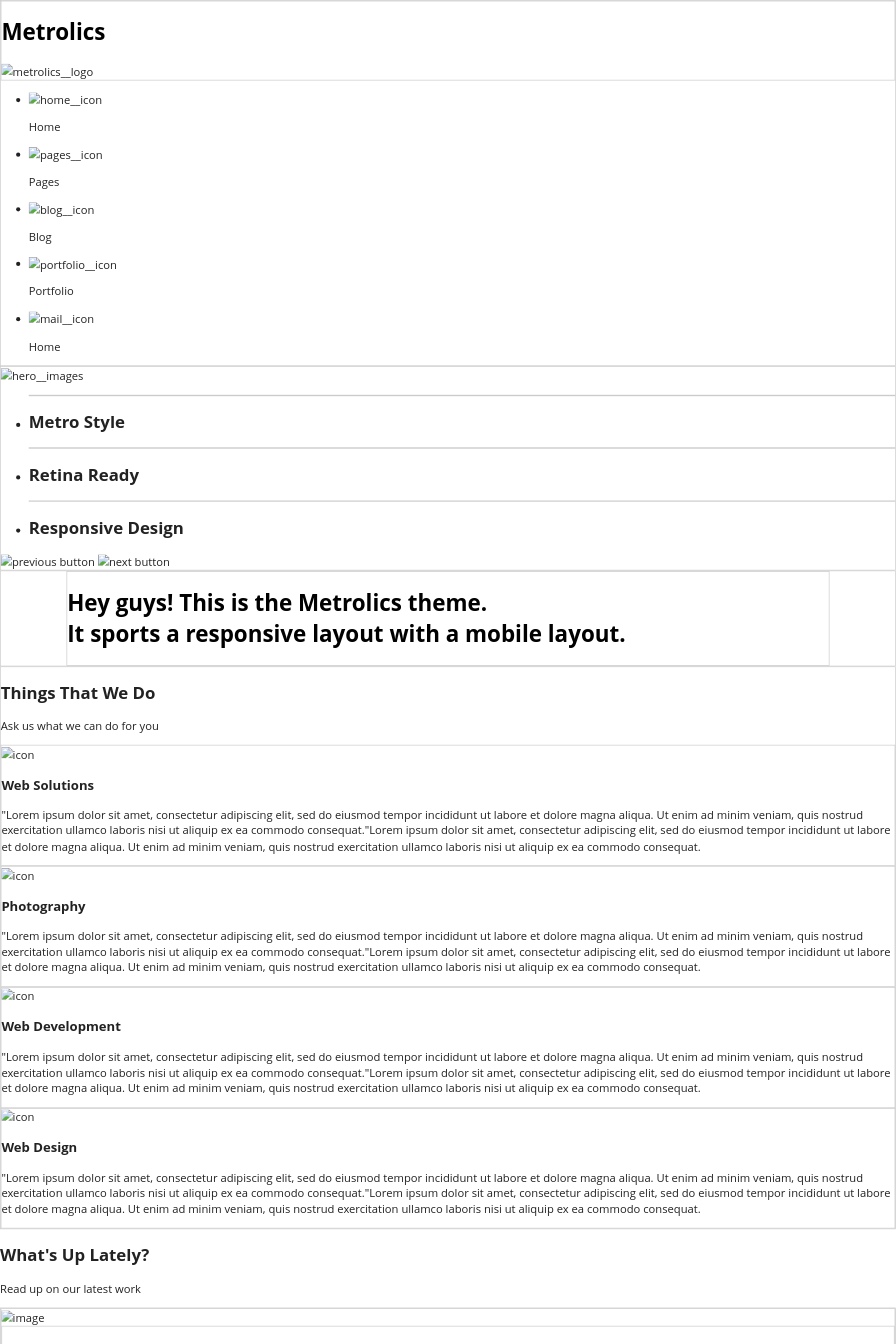
Repository: eilidhma/metrolics
Page: index.html
These files come from the project's save history. The page is drawn as it stood at one moment and after the next save; the edit follows.
The browser window is 1280 px wide. The pictures show the part of the page from y = 0 to 1920 px (the page is 8085 px tall before and 3396 px after), at 70% of full size.

Above is the page before, as saved 2021-02-02 17:46:45.

After the next save:
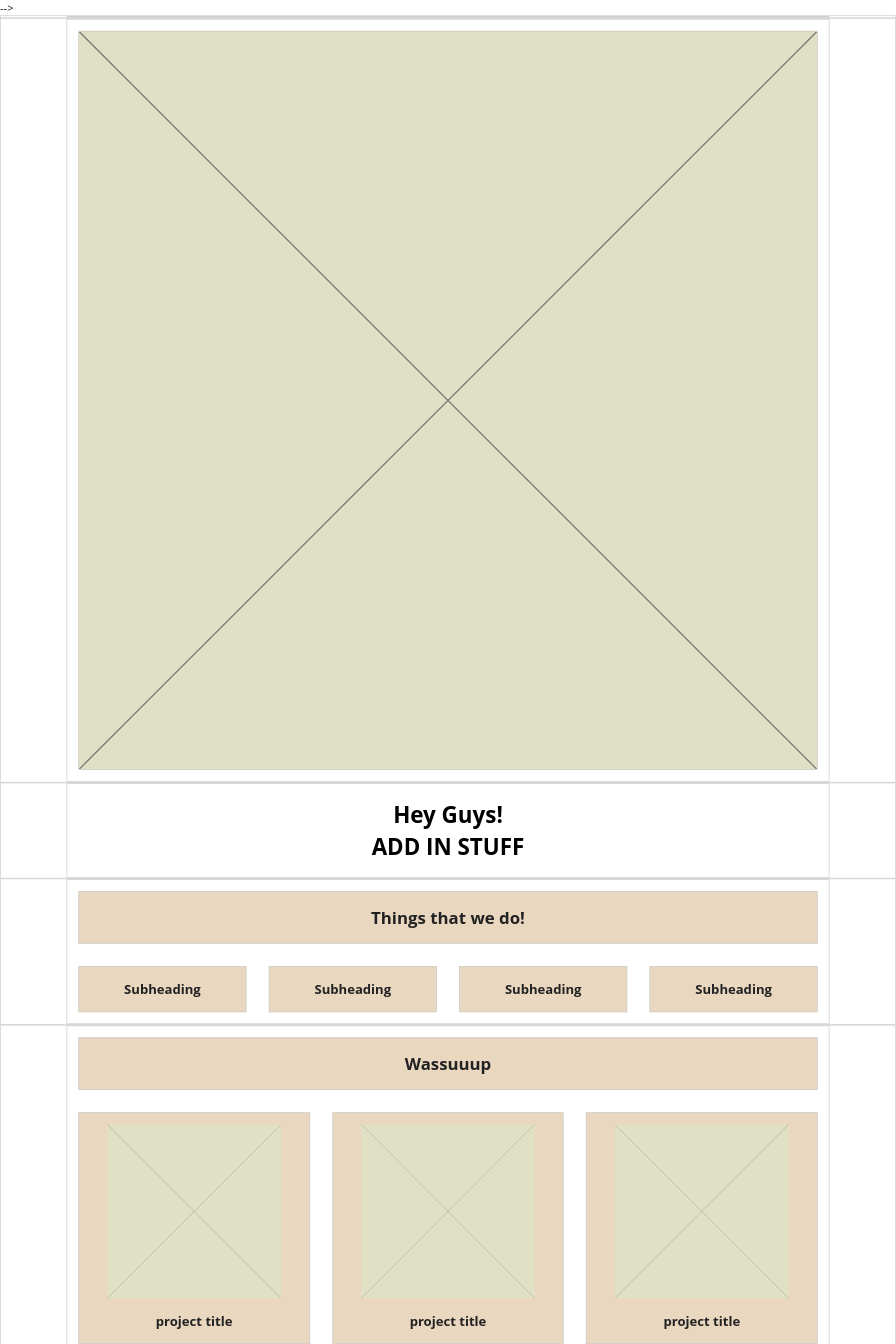
Saved 29 s later.
--- a/index.html
+++ b/index.html
@@ -23,7 +23,7 @@
 </head>
 
 
-<body class="page__home">
+<!-- <body class="page__home">
   <header class="page__header">
     <div class="page__title">
       <h1 class="large__headings">Metrolics</h1>
@@ -328,7 +328,7 @@
     ga('create', 'UA-XXXXX-Y', 'auto'); ga('set', 'anonymizeIp', true); ga('set', 'transport', 'beacon'); ga('send', 'pageview')
   </script>
   <script src="https://www.google-analytics.com/analytics.js" async></script>
-</body>
+</body>   -->
 
 <body class="page page-home">
   <header class="page__header">
